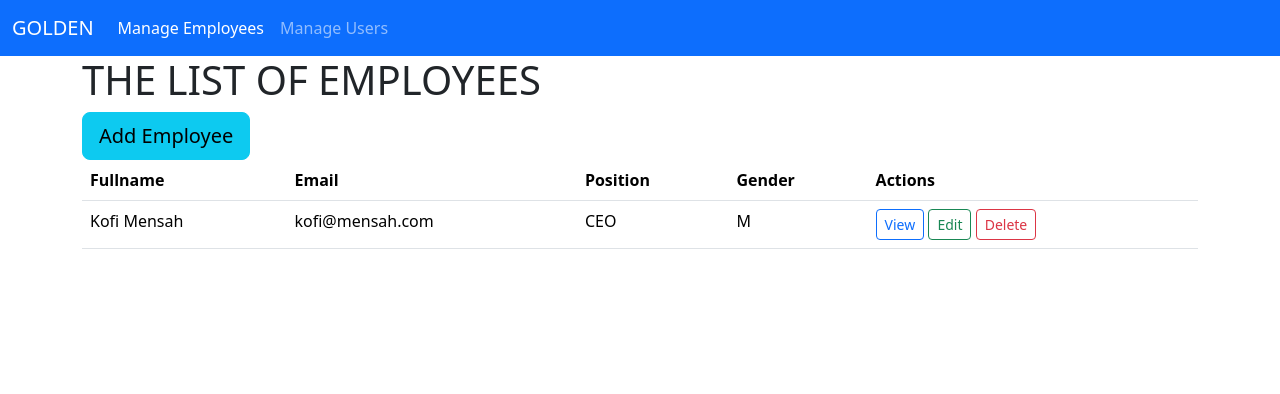
Repository: owuraku/DBC28.1
Page: http://localhost/employees
The author's editor kept a copy of each file at every save. The page is drawn from the files as they stood at one save, then again after the next save.
The browser window is 1280 px wide. The pictures show the whole page.
The page is served by the project's Laravel application, run on PHP 8.4 with Laravel 10. Queries for data that is not in the repository find no rows.

Above is the page before, as saved 2023-05-23 10:19:36.

After the next save:
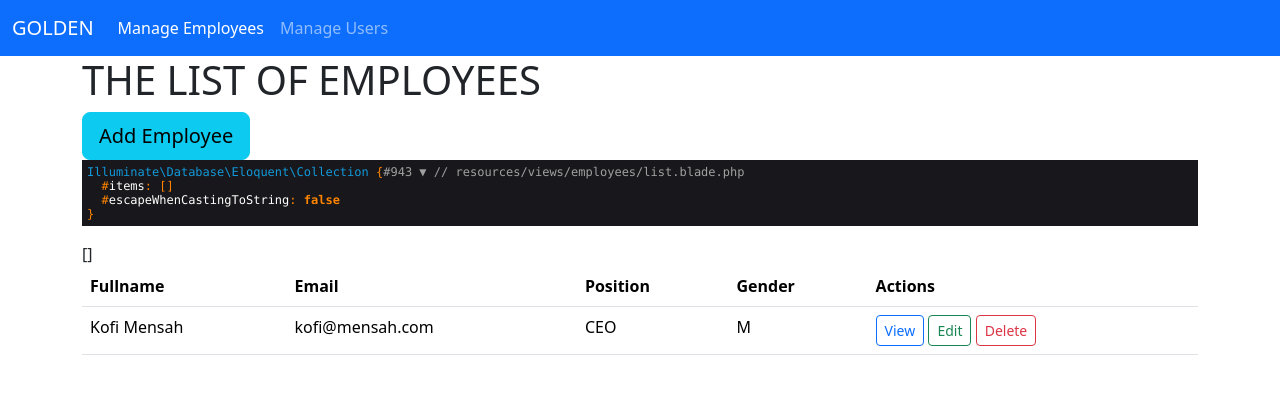
Saved 3 min 24 s later.
--- a/resources/views/employees/list.blade.php
+++ b/resources/views/employees/list.blade.php
@@ -5,7 +5,7 @@
 @section('content')
     <h1>THE LIST OF EMPLOYEES</h1>
     <a href="{{ route('employees.create') }}" class="btn btn-info btn-lg">Add Employee</a>
-
+    {{ dump($employees) }}
     <table class="table">
         <thead>
             <tr>
